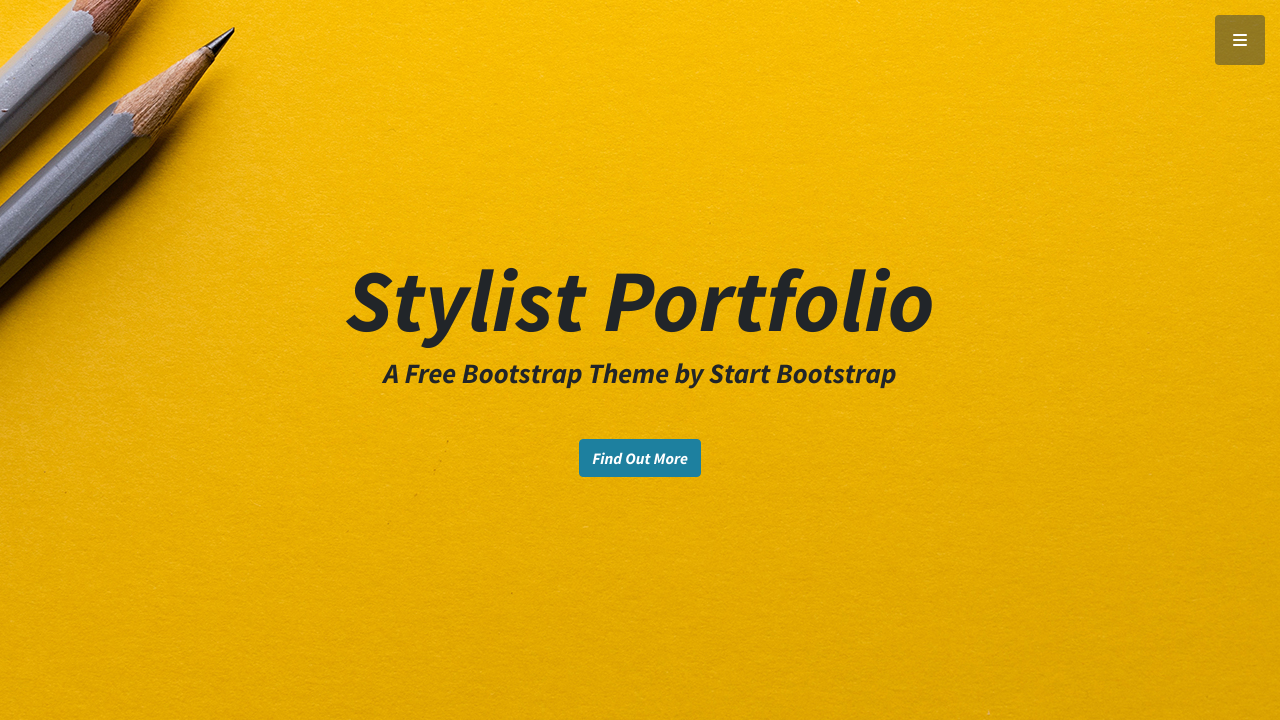
Repository: hoangpino/VE_FE_FrameWork_005
Page: lab06/index.html
The author's editor kept a copy of each file at every save. The page is drawn from the files as they stood at one save, then again after the next save.
The browser window is 1280 px wide. The pictures show the whole page.
The first visible `.btn-primary` is being pressed.

Above is the page before, as saved 2021-10-02 20:05:31.

After the next save:
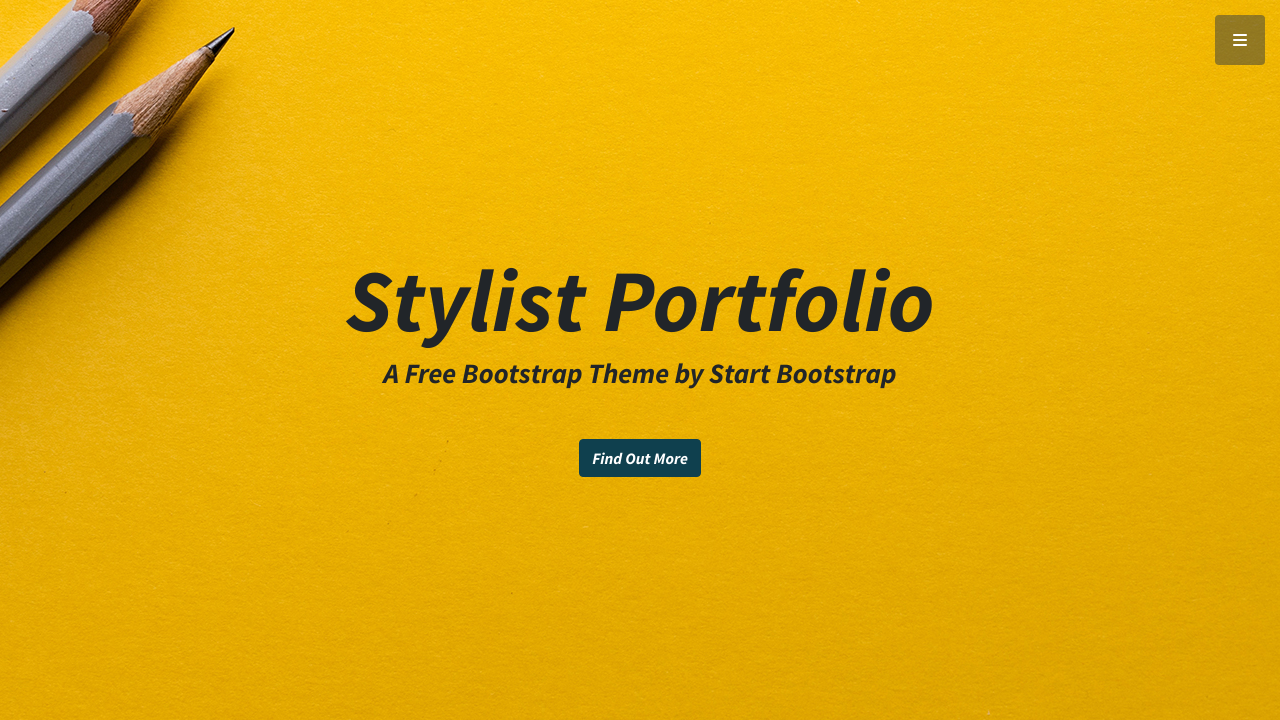
Saved 47 s later.
--- a/lab06/css/style.css
+++ b/lab06/css/style.css
@@ -87,3 +87,8 @@
     background-color: var(--color-green) !important;
     border-color: var(--color-green) !important;
 }
+
+.btn-primary:active, .btn-primary:hover {
+    background-color: var(--color-green-dark) !important;
+    border-color: var(--color-green-dark) !important;
+}
